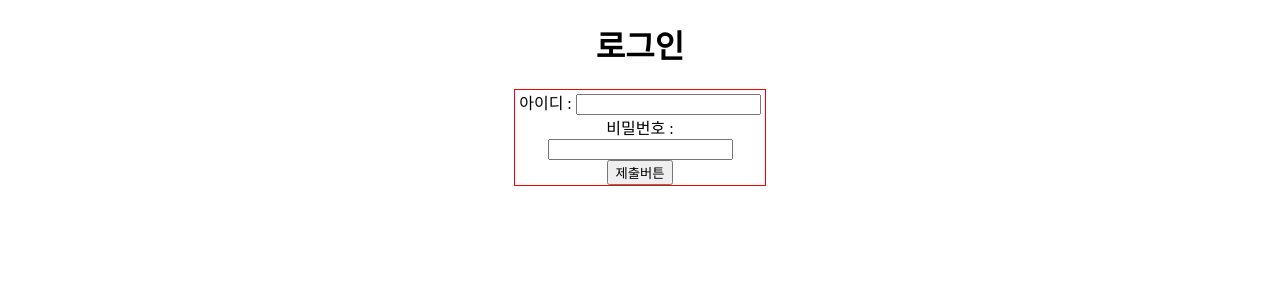
Repository: JaySurplusYoon/JSP_Servlet
Page: jsp01/WebContent/Human_info.html
These files come from the project's save history. The page is drawn as it stood at one moment and after the next save; the edit follows.
The browser window is 1280 px wide. The pictures show the whole page.

Above is the page before, as saved 2017-08-10 12:48:54.

### jsp01/WebContent/Human_info.html
<!DOCTYPE html>
<html>
<head>
<meta charset="UTF-8">
<title>회원정보</title>
<style>
	#loginFormArea{
		text-align : center;
		width : 250px;
		margin : auto;
		border : 1px solid red;
	}
	h1{
		text-align : center;
	}
</style>
</head>
<body>
	<h1>로그인</h1>
	<section id  = "loginFormArea"?>
	<form action="HI" method="get">
	<label id = "id">아이디 :
	</label><input type= "text" name= "id" id="id"/> <br>
	<label pw = "password">비밀번호 :
	</label><input type = "password">
		<input type="submit" value="제출버튼">
	</form>
	</section>

</body>
</html>

After the next save:
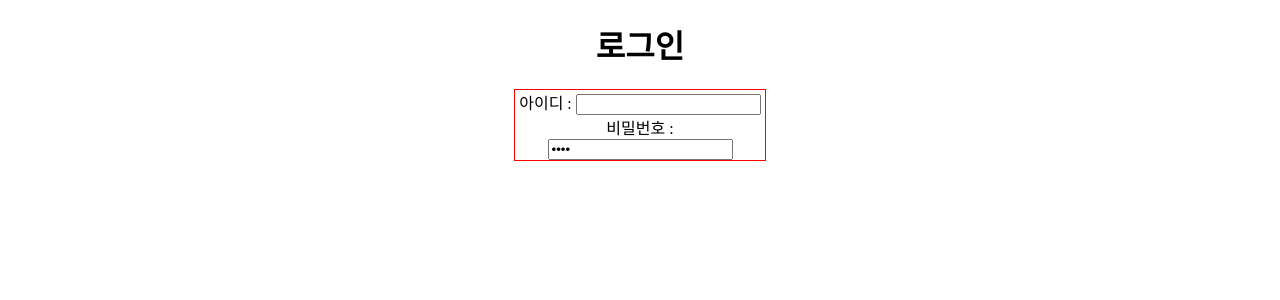
Saved 3 s later.
--- a/jsp01/WebContent/Human_info.html
+++ b/jsp01/WebContent/Human_info.html
@@ -22,7 +22,7 @@
 	<label id = "id">아이디 :
 	</label><input type= "text" name= "id" id="id"/> <br>
 	<label pw = "password">비밀번호 :
-	</label><input type = "password">
+	</label><input type = "password"
 		<input type="submit" value="제출버튼">
 	</form>
 	</section>
